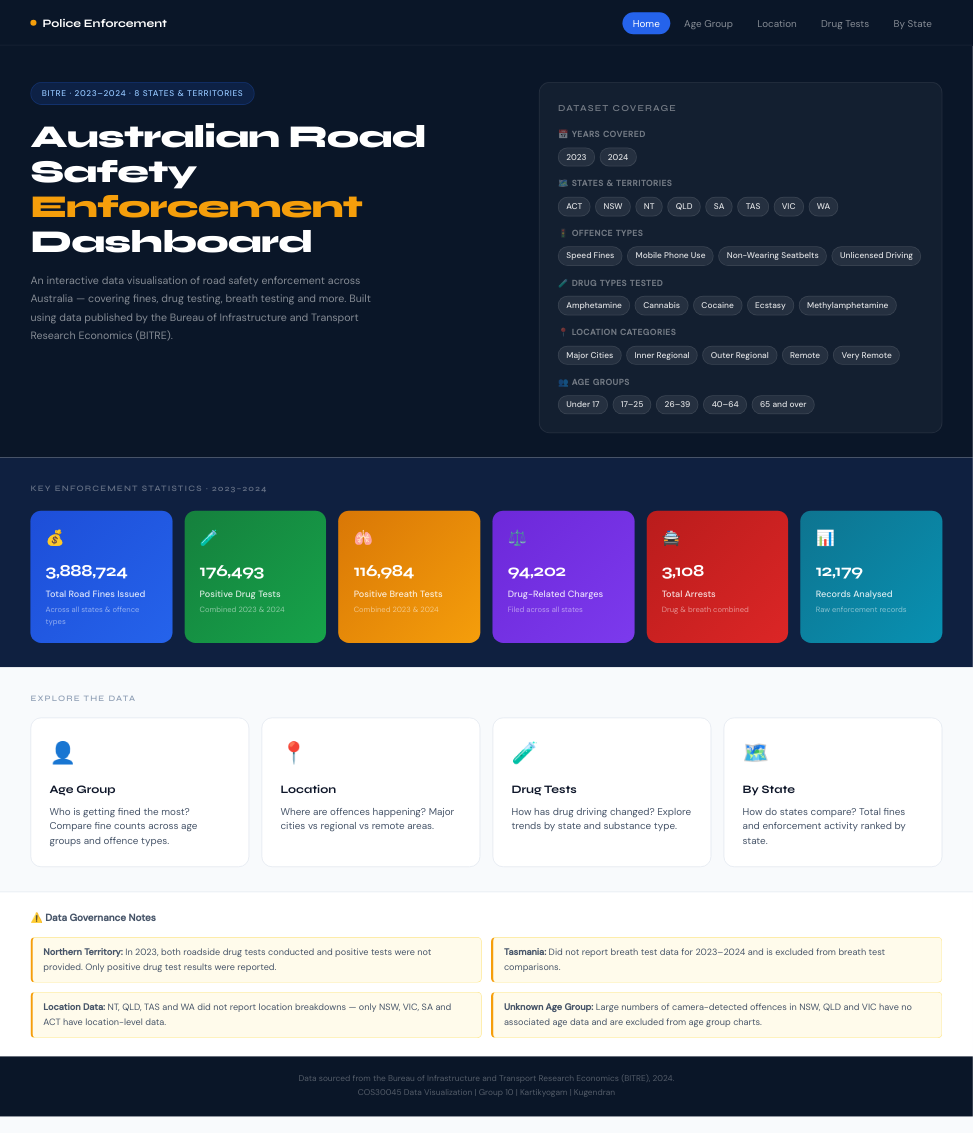
Repository: j26046183-hue/COS30045-GROUP-ASSIGNMENT
Page: index.html
These files come from the project's save history. The page is drawn as it stood at one moment and after the next save; the edit follows.
The browser window is 1280 px wide. The pictures show the whole page, at 76% of full size.

Above is the page before, as saved 2026-06-05 15:30:58.

After the next save:
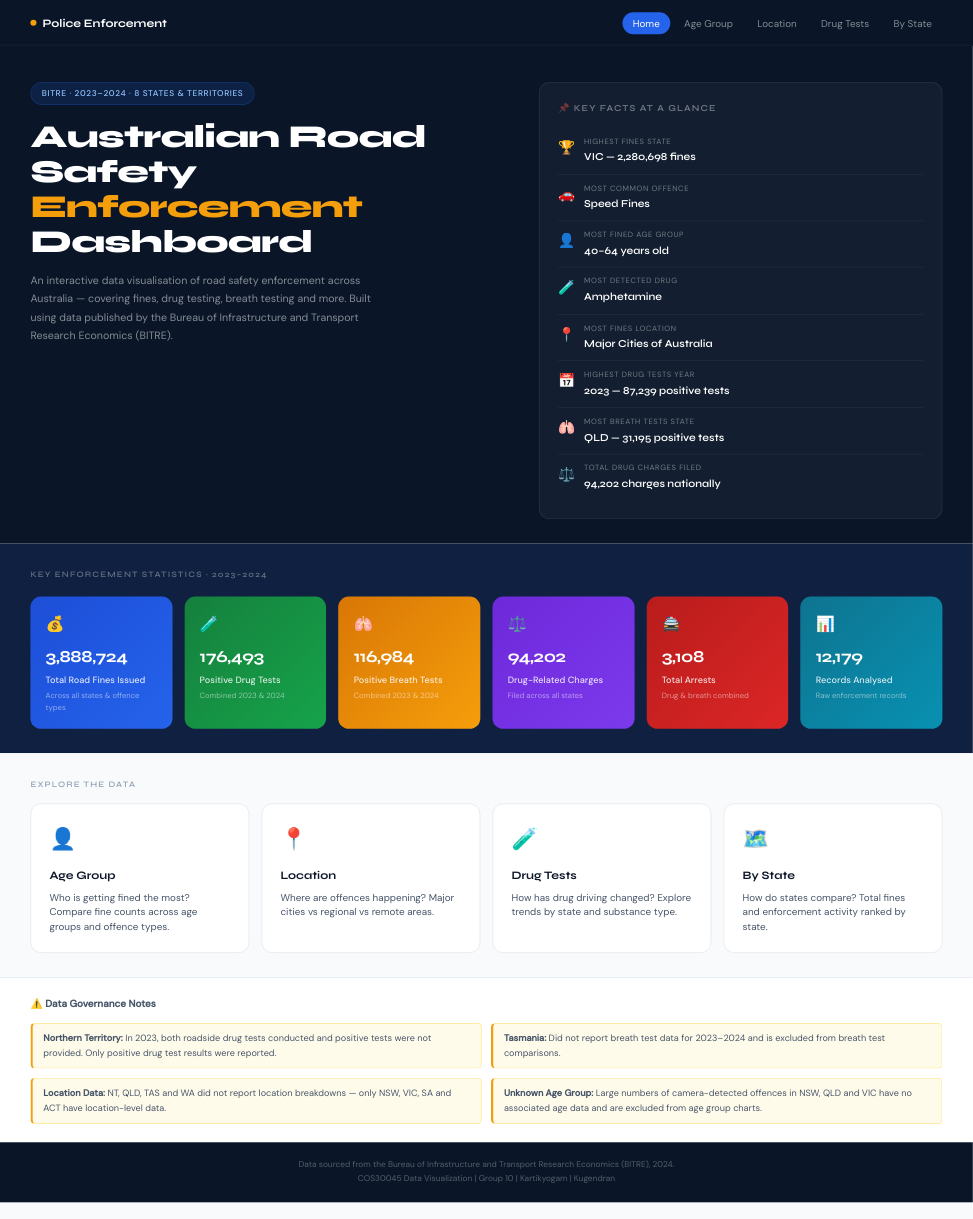
Saved 3 min 45 s later.
--- a/index.html
+++ b/index.html
@@ -37,70 +37,69 @@
             </div>
             <div class="home-hero-right">
                 <div class="data-coverage">
-                    <div class="coverage-title">Dataset Coverage</div>
-
-                    <div class="coverage-block">
-                        <div class="coverage-block-title">📅 Years Covered</div>
-                        <div class="coverage-tags">
-                            <span class="coverage-tag">2023</span>
-                            <span class="coverage-tag">2024</span>
-                        </div>
-                    </div>
-
-                    <div class="coverage-block">
-                        <div class="coverage-block-title">🗺️ States & Territories</div>
-                        <div class="coverage-tags">
-                            <span class="coverage-tag">ACT</span>
-                            <span class="coverage-tag">NSW</span>
-                            <span class="coverage-tag">NT</span>
-                            <span class="coverage-tag">QLD</span>
-                            <span class="coverage-tag">SA</span>
-                            <span class="coverage-tag">TAS</span>
-                            <span class="coverage-tag">VIC</span>
-                            <span class="coverage-tag">WA</span>
-                        </div>
-                    </div>
-
-                    <div class="coverage-block">
-                        <div class="coverage-block-title">🚦 Offence Types</div>
-                        <div class="coverage-tags">
-                            <span class="coverage-tag">Speed Fines</span>
-                            <span class="coverage-tag">Mobile Phone Use</span>
-                            <span class="coverage-tag">Non-Wearing Seatbelts</span>
-                            <span class="coverage-tag">Unlicensed Driving</span>
-                        </div>
-                    </div>
-
-                    <div class="coverage-block">
-                        <div class="coverage-block-title">🧪 Drug Types Tested</div>
-                        <div class="coverage-tags">
-                            <span class="coverage-tag">Amphetamine</span>
-                            <span class="coverage-tag">Cannabis</span>
-                            <span class="coverage-tag">Cocaine</span>
-                            <span class="coverage-tag">Ecstasy</span>
-                            <span class="coverage-tag">Methylamphetamine</span>
-                        </div>
-                    </div>
-
-                    <div class="coverage-block">
-                        <div class="coverage-block-title">📍 Location Categories</div>
-                        <div class="coverage-tags">
-                            <span class="coverage-tag">Major Cities</span>
-                            <span class="coverage-tag">Inner Regional</span>
-                            <span class="coverage-tag">Outer Regional</span>
-                            <span class="coverage-tag">Remote</span>
-                            <span class="coverage-tag">Very Remote</span>
-                        </div>
-                    </div>
-
-                    <div class="coverage-block">
-                        <div class="coverage-block-title">👥 Age Groups</div>
-                        <div class="coverage-tags">
-                            <span class="coverage-tag">Under 17</span>
-                            <span class="coverage-tag">17–25</span>
-                            <span class="coverage-tag">26–39</span>
-                            <span class="coverage-tag">40–64</span>
-                            <span class="coverage-tag">65 and over</span>
+                    <div class="coverage-title">📌 Key Facts at a Glance</div>
+
+                    <div class="key-fact">
+                        <span class="key-fact-icon">🏆</span>
+                        <div class="key-fact-content">
+                            <div class="key-fact-label">Highest Fines State</div>
+                            <div class="key-fact-value">VIC — 2,280,698 fines</div>
+                        </div>
+                    </div>
+
+                    <div class="key-fact">
+                        <span class="key-fact-icon">🚗</span>
+                        <div class="key-fact-content">
+                            <div class="key-fact-label">Most Common Offence</div>
+                            <div class="key-fact-value">Speed Fines</div>
+                        </div>
+                    </div>
+
+                    <div class="key-fact">
+                        <span class="key-fact-icon">👤</span>
+                        <div class="key-fact-content">
+                            <div class="key-fact-label">Most Fined Age Group</div>
+                            <div class="key-fact-value">40–64 years old</div>
+                        </div>
+                    </div>
+
+                    <div class="key-fact">
+                        <span class="key-fact-icon">🧪</span>
+                        <div class="key-fact-content">
+                            <div class="key-fact-label">Most Detected Drug</div>
+                            <div class="key-fact-value">Amphetamine</div>
+                        </div>
+                    </div>
+
+                    <div class="key-fact">
+                        <span class="key-fact-icon">📍</span>
+                        <div class="key-fact-content">
+                            <div class="key-fact-label">Most Fines Location</div>
+                            <div class="key-fact-value">Major Cities of Australia</div>
+                        </div>
+                    </div>
+
+                    <div class="key-fact">
+                        <span class="key-fact-icon">📅</span>
+                        <div class="key-fact-content">
+                            <div class="key-fact-label">Highest Drug Tests Year</div>
+                            <div class="key-fact-value">2023 — 87,239 positive tests</div>
+                        </div>
+                    </div>
+
+                    <div class="key-fact">
+                        <span class="key-fact-icon">🫁</span>
+                        <div class="key-fact-content">
+                            <div class="key-fact-label">Most Breath Tests State</div>
+                            <div class="key-fact-value">QLD — 31,195 positive tests</div>
+                        </div>
+                    </div>
+
+                    <div class="key-fact">
+                        <span class="key-fact-icon">⚖️</span>
+                        <div class="key-fact-content">
+                            <div class="key-fact-label">Total Drug Charges Filed</div>
+                            <div class="key-fact-value">94,202 charges nationally</div>
                         </div>
                     </div>
 
